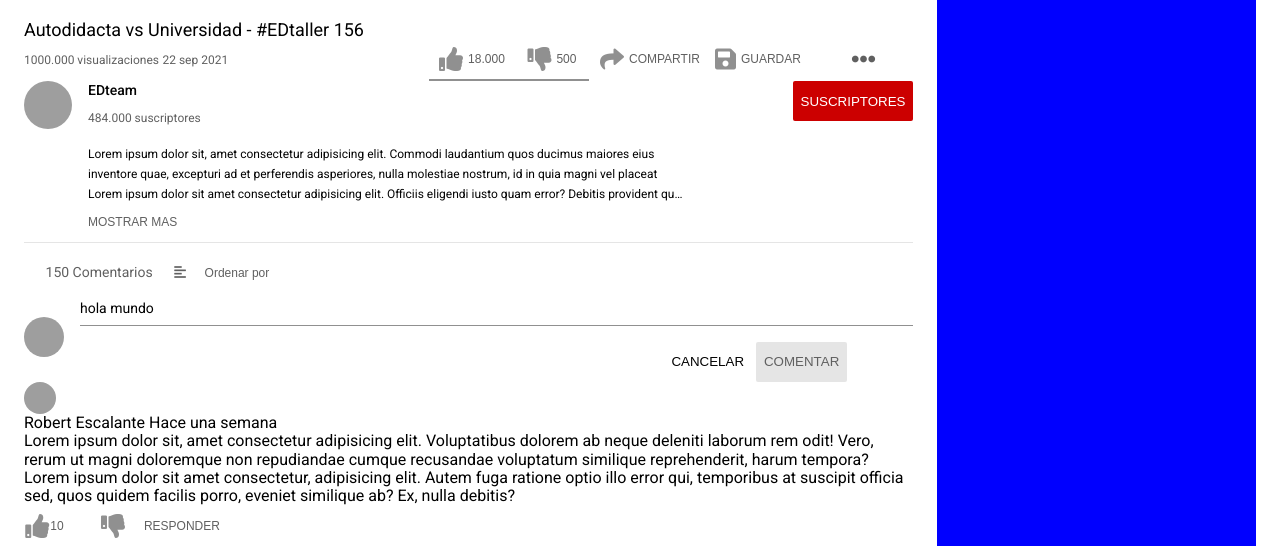
Repository: RobertAries28/ClonYoutube
Page: video.html
An editor plug-in stored every save of this project. The page is shown before and after the next save, followed by the edit.
The browser window is 1280 px wide. The pictures show the part of the page from y = 580 to 1126 px (the page is 1126 px tall).
Pictures or frames that could not be fetched are drawn as grey boxes. Some web libraries are served in a nearby version.

Above is the page before, as saved 2021-09-26 10:52:47.

### video.html
<!DOCTYPE html>
<html lang="en">
<head>
    <meta charset="UTF-8">
    <meta http-equiv="X-UA-Compatible" content="IE=edge">
    <meta name="viewport" content="width=device-width, initial-scale=1.0">
    <link rel="stylesheet" href="style.css">
    <link rel="stylesheet" href="https://use.fontawesome.com/releases/v5.8.1/css/all.css" integrity="sha384-50oBUHEmvpQ+1lW4y57PTFmhCaXp0ML5d60M1M7uH2+nqUivzIebhndOJK28anvf" crossorigin="anonymous">

    <title>Document</title>
</head>
<body class="video-page scroll">
    <header class="main-header">
        <div class="place-center button-container">
             <button class=" action-button fas fa-align-justify"></button>
             <img class="logo" src="data:[embedded picture, 3218 characters]" alt="">
         </div>


        <div class="middle place-center">
            <form class=" place-center form-search">
                <input type="search" placeholder="Buscar" class="input">
               <button class="submit fas fa-search" data-tooltip="Buscar"></button>
             </form>

            <button data-tooltip="Haz busqueda por voz" class=" action-button fas fa-microphone"></button>
        </div>

        <div class="place-center button-container">


         <button data-tooltip="Crear" class=" action-button fas fa-video"></button>
         <button data-tooltip="Aplicaciones de youtube" class=" action-button fas fa-th"></button>
         <button  data-tooltip="Notificaciones" class=" action-button fas fa-bell"></button>
         <div class="user">
            <div class="user-avatar">

                <img class="image" src="https://i.pinimg.com/280x280_RS/7d/d0/f4/7dd0f465ad261b24bc09a1508da78cc1.jpg" alt="">
            </div>
         </div>
        </div>
    </header>

    <div class="video-page-grid">
       <main class="video-column">
           <div class="video-player">
        <iframe src="https://www.youtube.com/embed/qacThCclSqQ" title="YouTube video player" frameborder="0" allow="accelerometer; autoplay; clipboard-write; encrypted-media; gyroscope; picture-in-picture" allowfullscreen></iframe>
        <h1 class="title">Autodidacta vs Universidad - #EDtaller 156</h1>

        <div class="actions">
         <div>
            <p class="video-information">
         <span class="views">1000.000 visualizaciones</span>
         <span>22 sep 2021</span>
          </p>

        </div>

        <div class="button-container">
            <div class="buttons-container likes">
                <button
                data-tooltip="Me gusta este video"
                class="action-button has-text"
                >
                <i class=" icon fas fa-thumbs-up"></i>
                <span>18.000</span>
                </button>

                <button
                data-tooltip="No gusta este video"
                class="action-button has-text"
                >
                <i class=" icon fas fa-thumbs-down"></i>
                <span>500</span>
                </button>
                </div>

                <button
                data-tooltip="Compartir"
                class="action-button has-text"
                >
                <i class="icon fas fa-share"></i>
                <span>Compartir</span>
                </button>

                <button
                data-tooltip="Guardar"
                class="action-button has-text"
                >
                <i class=" icon fas fa-save"></i>
                <span>Guardar</span>
                </button>


                <button

                class="action-button"
                >
                <i class="fas fa-ellipsis-h icon"></i>

                </button>

        </div>
        </div>
    </div>

    <section class="video-player-information flex">
        <div class="user-avatar">

            <img class="image" src="https://i.pinimg.com/280x280_RS/7d/d0/f4/7dd0f465ad261b24bc09a1508da78cc1.jpg" alt="">
        </div>

        <div class="content">
           <header class="header flex">
               <div>
               <a href="#" class="channel-name" data-tooltip="EDteam">EDteam</a>
               <p class="subs-count">484.000 suscriptores</p>
            </div>
               <button class="button">Suscriptores</button>
            </header>

            <p>Lorem ipsum dolor sit, amet consectetur adipisicing elit. Commodi laudantium quos ducimus maiores eius inventore quae, excepturi ad et perferendis asperiores, nulla molestiae nostrum, id in quia magni vel placeat Lorem ipsum dolor sit amet consectetur adipisicing elit. Officiis eligendi iusto quam error? Debitis provident quos nobis quisquam culpa qui velit. Iure fugiat maiores beatae quae ipsam, aperiam soluta nam!</p>
            <button class=" boton has-text">
                <span>Mostrar mas</span>
            </button>
        </div>

    </section>
    <hr class="big"/>
    <section class="comments-section">
     <header class="comments-information comentario">
          <p>150 Comentarios</p>
          <button class=" bot has-text">
            <i class="icon fas fa-align-left"></i>
            <span>Ordenar por</span>
          </button>
     </header>

     <div class="comment-form flex">
        <div class="user-avatar">

            <img class="image" src="https://i.pinimg.com/280x280_RS/7d/d0/f4/7dd0f465ad261b24bc09a1508da78cc1.jpg" alt="">
        </div>

        <div class="form">
        <div class="input" contenteditable>hola mundo</div>
        <div class="buttons-container">
           <button class="button link">Cancelar</button>
           <button class="button disabled">Comentar</button>
        </div>
    </div>

     </div>

     <div class="comments-grid">
         <article class="comment">
            <div class="user-avatar">

                <img class="image" src="https://i.pinimg.com/280x280_RS/7d/d0/f4/7dd0f465ad261b24bc09a1508da78cc1.jpg" alt="">
            </div>

            <div class="content">
                <header class="header">
                    <a>Robert Escalante</a>
                    <time class="time">Hace una semana</time>
                </header>
                <p class="text">Lorem ipsum dolor sit, amet consectetur adipisicing elit. Voluptatibus dolorem ab neque deleniti laborum rem odit! Vero, rerum ut magni doloremque non repudiandae cumque recusandae voluptatum similique reprehenderit, harum tempora? Lorem ipsum dolor sit amet consectetur, adipisicing elit. Autem fuga ratione optio illo error qui, temporibus at suscipit officia sed, quos quidem facilis porro, eveniet similique ab? Ex, nulla debitis?</p>
               <footer class="buttons-container">
                   <button class="action-button button-coment has-text">
                    <i class="icon fas fa-thumbs-up"></i>
                       <span class="count">10</span>
                   </button>

                   <button class="action-button button-coment has-text">
                    <i class="icon fas fa-thumbs-down"></i>

                </button>

                <button class="action-button button-coment has-text">
                   <span>Responder</span>
                </button>

               </footer>
            </div>
         </article>
     </div>

    </section>
    </main>
       <aside class="cards-sidebar">
        <p>hola</p>
       </aside>
    </div>
</body>
</html>

### style.css

@import url('https://fonts.googleapis.com/css2?family=Roboto:wght@400;500&display=swap');

*{
    margin:  0;
    padding: 0;
    box-sizing: border-box;
}

 /* variables globales */

:root{
    /* colores*/
    --accent-color: #ff0000;
    --grey-color: #909090;
    --grey-color-alt: #CCC;
    --border-color: rgba(0,0,0,0.1);

    /*colores de fondo*/
    --bg-color: #fff;
     --bgcolor-alt: #f9f9f9;
     --bg-color-active: #e5e5e5;

     /*colores de texto*/

     --text-color: #030303;
     --text-color-alt: #606060;
     --text-color-white: #fff;

  /* fuentes */
     --body-font : 'Roboto',sans-serif;


     /* Tamaño de texto*/
--big-font-size: 1.125rem;
--normal-font-size: 1rem;
--small-font-size: 0.875rem;
--smaller-font-size: 0.75rem;
--font-bold: 500;

/* otros*/
  --header-height: 56px;
  --z-tooltip: 25;
  --z-fixed: 100;
  --border-radius: 2px;


  /* scroll */
--scroll-size: 16px;
--scroll-bg: transparent;
--scroll-radius:8px;
--scroll-padding:4px;
--thumb-bg: var(--grey-color);
--thumb-bg-alt:var(--grey-color-alt);
}




/*----- scroll ---*/
.scroll::-webkit-scrollbar{
    width: var(--scroll-size);
    height: var(--scroll-size);
}

.scroll::-webkit-scrollbar-thumb{
    background-color: var(--thumb-bg);
    border-radius: var(--scroll-radius);
    border: var(--scroll-padding) solid transparent;
    background-clip: content-box;
}

.scroll::-webkit-scrollbar-thumb:hover{
    background-color: var(--thumb-bg-alt);
}

.scroll:not(body)::-webkit-scrollbar-thumb{
    display: none;
    background-color: var(--thumb-bg-alt);
}

.scroll:not(body):hover::-webkit-scrollbar-thumb{
    display: block;
}






body{
    font-family: var(--body-font);
    background-color: var(--bg-color-alt);
     line-height: 1.15rem;
     padding-top: var(--header-height);
     padding-left: 240px;
}

h1,h2,h3,h4,h5,h6,b{
    font-weight: var(--font-bold);
}

hr{
    --spacing: 0.75rem;
    border: none;
    border-bottom: 1px solid var(--border-color);
    margin-bottom: var(--spacing);
    padding-top: var(--spacing);

}

img{
    width: 100%;
}

.place-center{
    display: flex;
    justify-content: center;
    align-items: center;
}

.button-container{
    display: flex;
    gap: 0.5rem;
}

/******------cabecera principal -----***/

.main-header{
    height: var(--header-height);
     background-color: var(--bg-color);
    display: flex;
    justify-content: space-between;
    padding: 0 1rem;
    align-items: center;
    position: fixed;
    width: 100%;
    left: 0;
    top: 0;
    z-index: var(--z-fixed);

}

.main-header img{
    height: 56px;
}

.main-header .logo{
    width: 6rem;
}

.main-header .middle{
    flex-basis: 720px;

    padding: 0 2rem;
}

.main-header .form-search{
 flex-grow: 1;
 align-items: stretch;
}

.main-header .input{
    flex-grow: 1;
    padding: 0.5rem;
    border: 1px solid var(--border-color);
    border-right: 0;
    border-radius: var(--border-radius) 0 0 var(--border-radius);


}

.main-header .submit{
    padding: 0 1.5rem;
    border: 1px solid var(--border-color);
    font-size: 1.25rem;
    color: var(--text-color-alt);
    border-radius: 0 var(--border-radius) var(--border-radius) 0;
    cursor: pointer;
}



/*----Avatar del usuario----*/
.user-avatar{
    --size: 2rem;
    width:  var(--size);
    height: var(--size);
    cursor: pointer;
    flex: none;

}

.user{
    padding: 0 1rem;
}

.user-avatar .image{
    width: 100%;
    height: 100%;
    object-fit: cover;
    border-radius: 50%;
}


/* Botones de accion **/
.action-button , .action-button .icon{
    --size: 2.5rem;
    height: var(--size);
    width: var(--size);
    display: flex;
    justify-content: center;
    align-items: center;
    border: 1px solid transparent;
    background: none;
    transition: border-color 1s;
    cursor: pointer;
}

.action-button::before,
.action-button .icon{
    color: var(--text-color-alt);
    font-size: 1.5rem;
}

.action-button.has-text{
    text-transform: uppercase;
    color: var(--text-color-alt);
    font-weight: var(--font-bold);
    font-size: var(--small-font-size);
}

.action-button.has-text .icon{
    --size: 2.25rem;
    color: var(--grey-color);
}

.action-button:not(.has-text),
.action-button .icon{
    width: var(--size);
    border-bottom: 50%;
    border-radius: 50%;
}
.action-button::before{
    color: var(--text-color-alt);
    font-size: 1.5rem;
}

.action-button:not(.has-text):active,
.action-button .icon:active{
    background-color: var(--bg-color-active) ;
    border-color: var(--bg-color-active);
}


/* tooltip*/
[data-tooltip]{
    position: relative;
}

[data-tooltip]:hover::after{
    opacity: 1;
}

[data-tooltip]::after{
    content: attr(data-tooltip);
    position: absolute;
    left: 50%;
    top: 3.5rem;
    transform: translateX(-50%);
    padding: 0.5rem;
    background-color: var(--text-color-alt);
    color: var(--text-color-white);
    font-family: var(--body-font);
    font-size: var(--smaller-font-size);
    border-radius: var(--border-radius);
       white-space: nowrap;
       opacity: 0;
    pointer-events:none;
    transition: opacity 0.5s;
    z-index: var(--z-tooltip);
}


/***** menu lateral***/

.main-sidebar{
    --main-nav-padding: 0.5rem 1.5rem;
    position: fixed;
    top: var(--header-height);
    height: calc(100vh - var(--header-height));
    width: 240px;
    padding: 0.75rem 0;

    overflow: auto;
    left: 0;
    z-index: 1;
}


/****** items de navegacion ****/
.main-nav .link{
    display: flex;
    align-items: center;
    padding: var(--main-nav-padding);
    color: var(--text-color);
    font-size: var(--smaller-font-size);
    text-decoration: none;

    font-size: 1rem;
    white-space: nowrap;
}

.main-nav .link.is-active, .main-nav .link:hover{
    background-color: var(--bgcolor-alt);
}

.main-nav .link.is-active{
    font-weight: var(--font-bold);
}

.main-nav .link.is-active .icon{
    color: var(--accent-color);
}

.main-nav .link .icon{
    margin-right: 1.5rem;
    font-size: 1.5rem;
    color: var(--text-color-alt);

}

.user-avatar2{
    margin-right: 1.5rem;
    --size:1.5rem;
    width:  var(--size);
    height: var(--size);
    cursor: pointer;
    flex: none;
}

.user-avatar2 .image{
    width: 100%;
    height: 100%;
    object-fit: cover;
    border-radius: 50%;
}

span{
    font-size: var(--smaller-font-size);
}

/* Titulo de secciones en navegacion lateral */
.nav-title{
    padding: var(--main-nav-padding);
    color: var(--text-color-alt);
    font-size: var(--smaller-font-size);
    text-transform: uppercase;
}

.is-new{
    font-size: 0.5rem;
    color: #065FD4;
    margin-left: auto;
}

.is-in-live{
    font-size: 0.5rem;
    color: var(--accent-color);
    margin-left: auto;
}


/* footer de la navegacion */
.main-nav-footer{
    display: grid;
    gap: 0.75rem;
    padding: var(--main-nav-padding);
    font-size: var(--smaller-font-size);
}

.main-nav-footer .link-footer{
    margin-right: 0.5rem;
    line-height: 1.4;
    text-decoration: none;
    font-weight: var(--font-bold);
    color: var(--text-color-alt);
}

.copyright{
    opacity: 0.6;
    color: var(--text-color-alt);
    margin: 0;
}

/* ------ tarjeta de video ------*/


 .card-video a{
     text-decoration: none;
     color: inherit;
 }

 .card-video .cover {
     display: block;
     position: relative;
     aspect-ratio: 16 / 9;
   margin-bottom: 0.75rem;
 }
 .card-video .image{
     display: block;
     height: 100%;
     object-fit: cover;
 }

 .card-video .time{
     position: absolute;
     padding: 0 0.25rem;
     right: 0.5rem;
     bottom: 0.5rem;
     background-color: rgba(0,0,0,0.8);
     color: var(--text-color-white);
     font-size: var(--smaller-font-size);
      border-radius: var(--border-radius);
    }

    .card-video .user-avatar{
        --size: 36px;
        margin-right: 0.75rem;
    }

    .card-video .content{
        font-size: var(--small-font-size);
        color: var(--text-color-alt);
    }

    .card-video .title{
        color: var(--text-color);
        margin-bottom: 0.25rem;
    }


    .punto{
        font-size: 20px;
        padding: 0 5px;
    }


.flex{
    display: flex;
}


/* ---- grid de videos ---*/
.card-grid{
    display: grid;
    grid-template-columns: repeat(auto-fill, minmax(300px,1fr));
    gap: 2rem 1rem;
    padding: 1rem 2rem;
    max-width: 1800px;
    margin-inline: auto;
}



/*Clases para recortar las lineas de texto */
[class*='rows-text']{
    display: -webkit-box;
    -webkit-line-clamp: 1;
    -webkit-box-orient: vertical;
    overflow: hidden;
}




/* pagina de video */
body.video-page{
    padding-left: 0;

}

.video-page-grid{
    --gap-page: 1.5rem;
    width: calc(100% - (var(--gap-page)*2));
    display: grid;
    grid-template-columns: repeat(11,1fr);
    margin-inline: auto;
    gap: var(--gap-page);
    padding-top: var(--gap-page);
}

.video-column{

    grid-column-start: span 8;
}

.cards-sidebar{
    background-color: blue;
    grid-column-start: span 3;
}

iframe{
    aspect-ratio: 16 / 9;
    width: 100%;
    margin-bottom: 1rem;
}

.video-player .title{
    font-weight: normal;
    font-size: var(--big-font-size);
}

.video-player .video-information{
    font-size: var(--small-font-size);
    color: var(--text-color-alt);
}


.actions{
    display: flex;
    justify-content: space-between;
    align-items: center;
}

.likes{
    display: flex;



}

.button-container{
    display: flex;
    justify-content: space-between;
}

.action-button.has-text{
    padding: 10px;
}

.button-container button{
    margin-inline: 30px;
}

.likes button{
    margin-inline: 20px;
}



.likes button i, .button-container button i{
    margin-inline: 4px;
}

.video-player .buttons-container.likes{
    border-bottom: 2px solid var(--grey-color);
}


.flex{
    display: flex;
}

.video-player-information{
    gap: 1rem;
    color: var(--text-color);
}

.video-player-information .user-avatar{
    --size:3rem;
}

.video-player-information .channel-name{
    color: inherit;
    text-decoration: none;
    font-size: var(--small-font-size);
    font-weight: var(--font-bold);
}

.video-player-information .subs-count{
    color: var(--text-color-alt);
    font-size: var(--smaller-font-size);
}

.button{
    --button-color: #CC0000;
    --text-button-color: white;
    --cursor-button: pointer;

    background-color: var(--button-color);
    color: var(--text-button-color);
    padding: 0rem 0.5rem;
    text-transform: uppercase;
    font-weight: var(--font-bold);
    border: none;
    border-radius: var(--border-radius);
    cursor: var(--cursor-button);
    margin-left: auto;
    height: 40px;

}

.content{
    width: 100%;
}

.video-player-information p{
    max-width: 600px;
    line-height: 1.25rem;
    display: -webkit-box;
    -webkit-line-clamp: 3;
    -webkit-box-orient: vertical;
    overflow: hidden;
    margin: 8px 0;
    font-size: var(--smaller-font-size);
}

.boton{
    background-color: white;
    border: none;
    font-size: var(--small-font-size);
    color: var(--text-color-alt);
    text-transform: uppercase;
}

.comentario{
    display: flex;
  width: 30%;
  justify-content: space-evenly;
  align-items: center;
  margin-top: 20px;
  font-size: var(--small-font-size);
  color: var(--text-color-alt);

}

hr.big{
    margin-bottom: 1rem;
}

.bot{
    background-color: white;
    border: none;

    color: var(--text-color-alt);
}

.bot i{
    margin-right: 15px;
}

.comment-form{
    gap: 1rem;
    align-items: center;
    margin-top: 10px;
}

.comment-form .user-avatar{
    --size: 2.5rem
}

.comment-form .form{
    display: flex;
    flex-direction: column;
    flex-grow: 1;
}

.comment-form .input{
    position: relative;
    margin-bottom: 1rem;
    box-shadow: 0 -1px inset var(--grey-color);
    outline: none;
    padding: 0.5rem 0;
    font-size: var(--small-font-size);
}

.comment-form .input:empty:before{
    content: 'Agregar un comentario publico';
    color: var(--text-color-alt);
}

.comment-form .input::after{
    content:'';
    position: absolute;
    bottom:0;
    left: 50%;
    width: 0;
    height: 2px;
    background-color: #000;
    transition: left 1s, width 1s;





}

.comment-form .input:focus::after{
    width: 100%;
    left: 0;
}


.button.disabled{
    --button-color: var(--bg-color-active);
    --text-button-color:var(--text-color-alt);
    --cursor-button: initial
}

.button.link{
    --text-button-color:var(--text-color);
    background-color: white;

}

.comment-form .buttons-container{
    margin-left: auto;
    width: 30%;
}

.content .buttons-container{
    display: flex;
    justify-content: space-between;
    width: 20%;


}

After the next save:
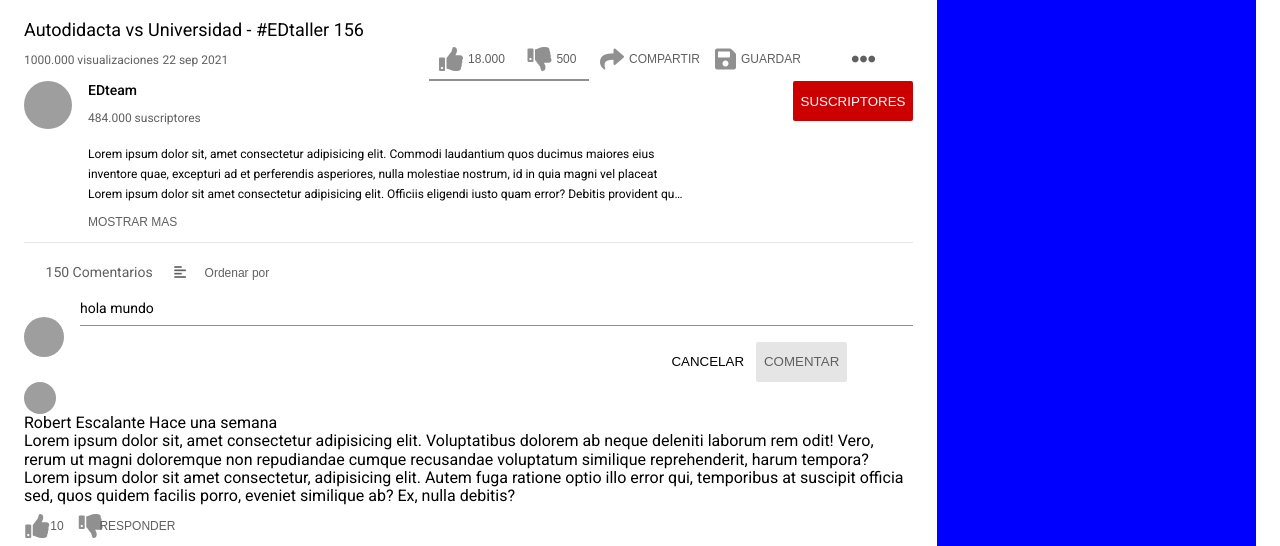
Saved 9 s later.
--- a/style.css
+++ b/style.css
@@ -722,7 +722,7 @@ hr.big{
 .content .buttons-container{
     display: flex;
     justify-content: space-between;
-    width: 20%;
-
-
-}
+    width: 15%;
+
+
+}
